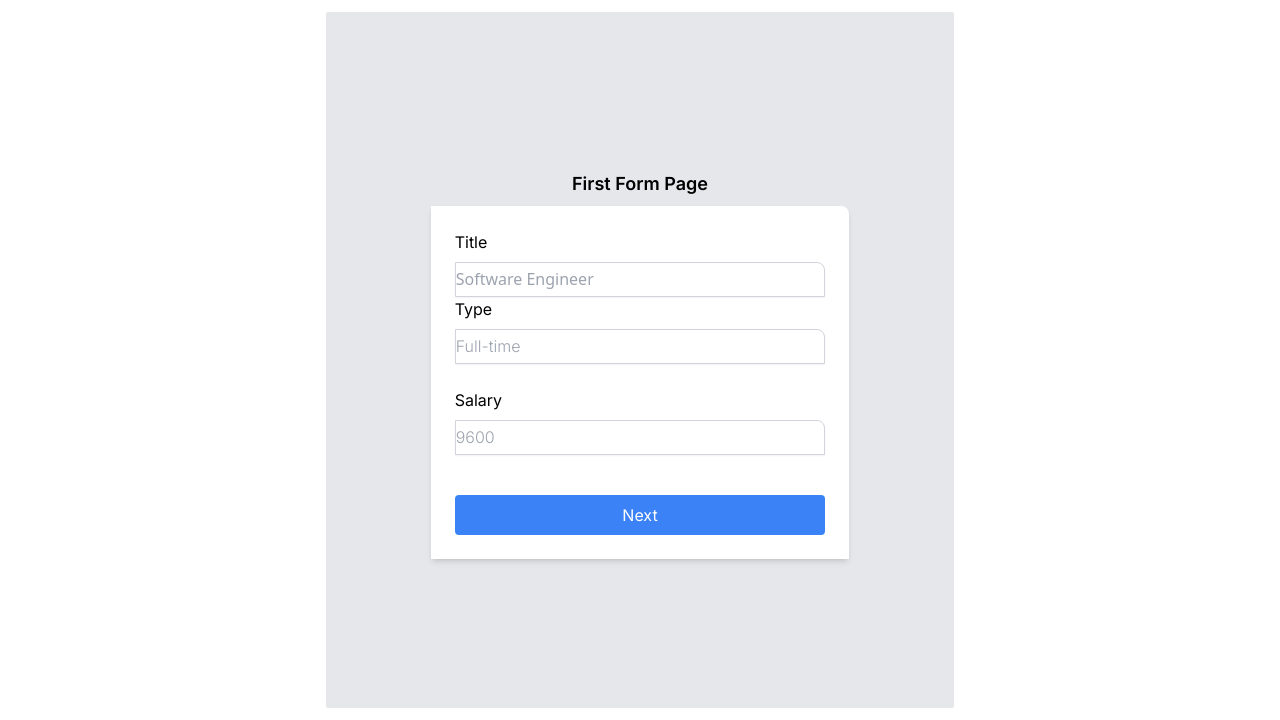
Repository: Abdibaye/Job-Sphere
Page: /form
These files come from the project's save history. The page is drawn as it stood at one moment and after the next save; the edit follows.
The browser window is 1280 px wide. The pictures show the whole page.
The project was rebuilt for these pictures with package versions that can differ from the ones it lists, and the page was loaded fresh each time. Also part of the build but not shown: vite.config.js, src/components/search.jsx, src/components/navbar.jsx, src/pages/descriptionpage.jsx, src/components/job.jsx, src/components/feed.jsx, src/components/saved.jsx, src/components/filter.jsx and 4 more.

Above is the page before, as saved 2025-02-23 01:35:25.

After the next save:
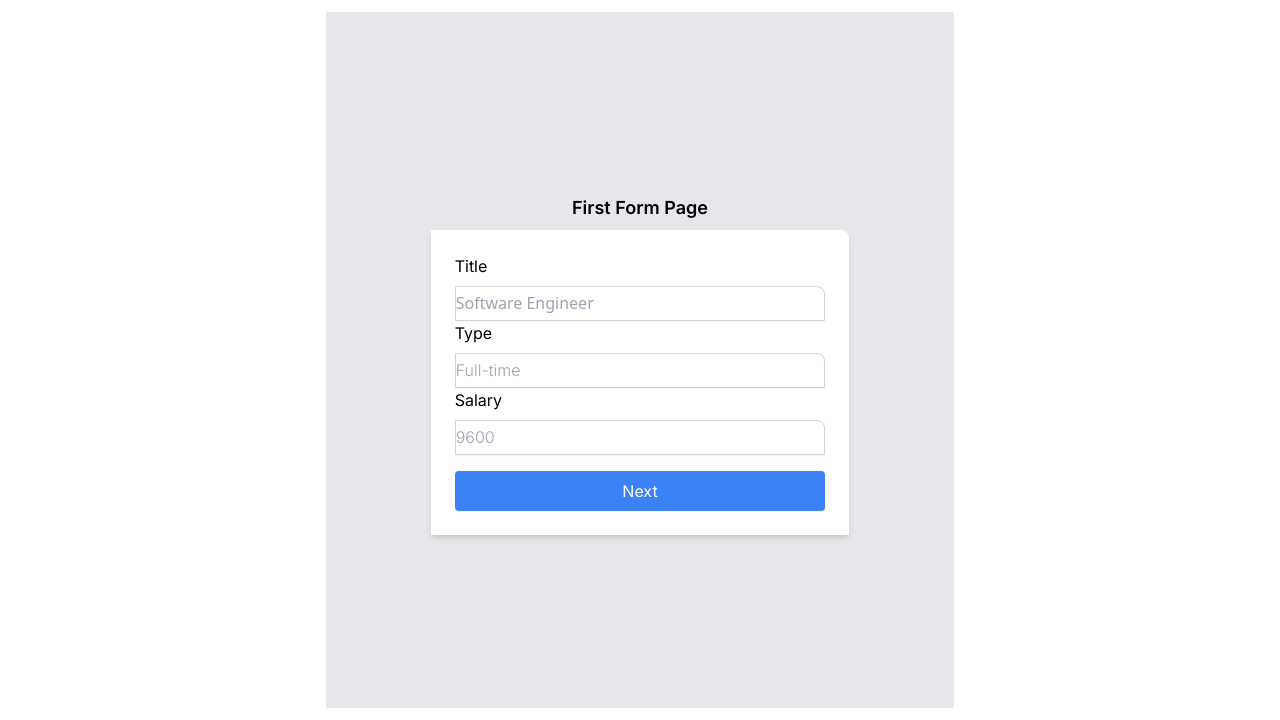
Saved 12 s later.
--- a/src/components/form.jsx
+++ b/src/components/form.jsx
@@ -49,7 +49,6 @@ function Form() {
             placeholder="Full-time"
           />
           {errors.type && <small className="text-red-500">{errors.type}</small>}
-          <br />
 
 
           <label className="mb-2">Salary</label>
@@ -63,7 +62,6 @@ function Form() {
             placeholder="9600"
           />
           {errors.salary && <small className="text-red-500">{errors.salary}</small>}
-          <br />
 
 
           <button
